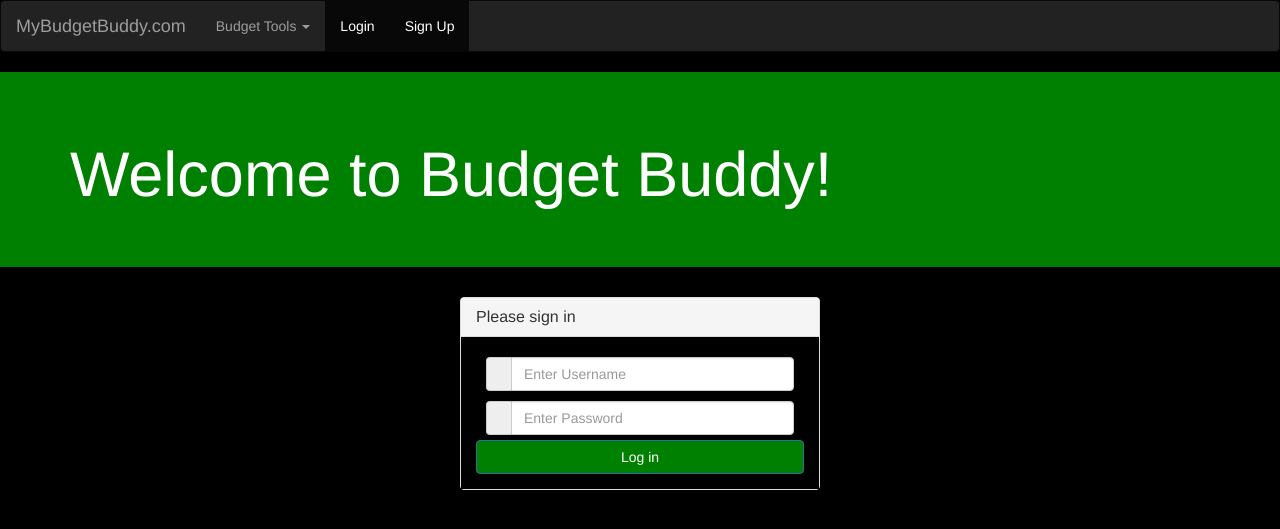
Repository: jdfost1/BudgetBuddy
Page: http://localhost/budgetbuddy/login
An editor plug-in stored every save of this project. The page is shown before and after the next save, followed by the edit.
The browser window is 1280 px wide. The pictures show the whole page.
Some web libraries are served in a nearby version. The page is served by Tomcat 9.

Above is the page before, as saved 2018-10-09 06:48:29.

After the next save:
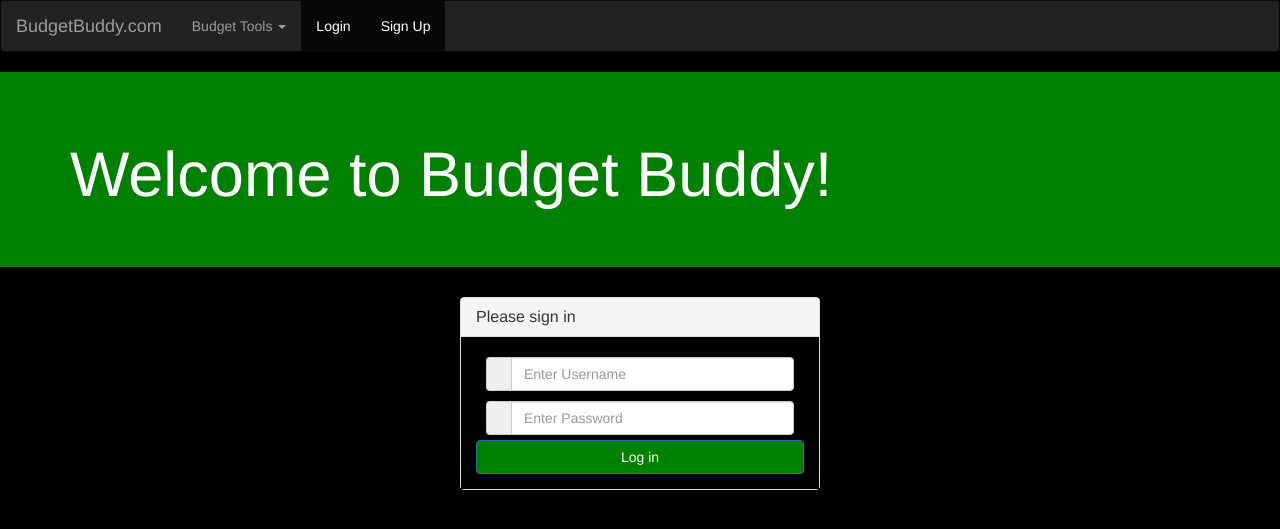
Saved 28 s later.
--- a/budgetbuddy/src/main/webapp/WEB-INF/jsp/login.jsp
+++ b/budgetbuddy/src/main/webapp/WEB-INF/jsp/login.jsp
@@ -39,7 +39,7 @@ background-color:green;}
   <nav class="navbar navbar-inverse">
   <div class="container-fluid">
     <div class="navbar-header">
-      <a class="navbar-brand" href="welcome.html">MyBudgetBuddy.com</a>
+      <a class="navbar-brand" href="welcome.html">BudgetBuddy.com</a>
     </div>
     <ul class="nav navbar-nav">
 
